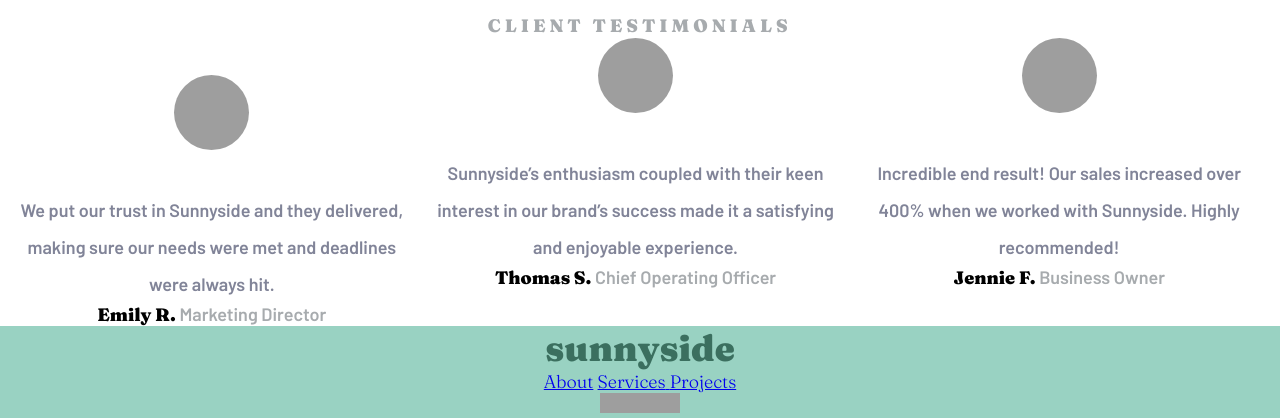
Repository: Roshanell/Sunny-Side-Agency
Page: index.html
These files come from the project's save history. The page is drawn as it stood at one moment and after a run of saves; the edit follows.
The browser window is 1280 px wide. The pictures show the part of the page from y = 2160 to 2706 px (the page is 2578 px tall before and 2706 px after).
Pictures or frames that could not be fetched are drawn as grey boxes. Some web libraries are served in a nearby version.

Above is the page before, as saved 2022-07-07 14:12:13.

### index.html
<!doctype html>
<html lang="en">

  <head>
    <meta charset="utf-8">
    <meta name="viewport" content="width=device-width, initial-scale=1">
    <title>Sunny Side Agency</title>
    <link href="https://fonts.googleapis.com/icon?family=Material+Icons" rel="stylesheet">
    <link rel="stylesheet" href="css/style.css">
    <link
      href="https://fonts.googleapis.com/css2?family=Barlow:wght@600&family=Fraunces:opsz,wght@9..144,300;9..144,700;9..144,900&display=swap"
      rel="stylesheet">
    <!-- <link rel="stylesheet" href="/css/normalize.css"> -->
    <script src="https://kit.fontawesome.com/48e7997292.js" crossorigin="anonymous"></script>
  </head>

  <body>
    <div class="container">
      <div class="homePage">
        <ul class="menu">
          <li><a class="menuItem" href="#">Home</a></li>
          <li><a class="menuItem" href="#">Profile</a></li>
          <li><a class="menuItem" href="#">About</a></li>
          <li><a class="menuItem" href="#">Contacts</a></li>
        </ul>
        <button class="hamburger">
          <i class="menuIcon material-icons">menu</i>
          <i class="closeIcon material-icons">close</i>
        </button>
        <div class="header">
          <h1>sunnyside</h1>
        </div>
        <div class="homeContent">
          <h2 class="homeSlogan">We are creatives</h2>
          <i class="fa-solid fa-arrow-down-long fa-4x"></i>

        </div>
      </div>

      <div class="eggArea">

      </div>

      <div class="aboutUsInfo" id="aboutUsInfo">
        <div class="infoContainer">
          <h3>
            Transform your brand
          </h3>
          <p>We are a full-service creative agenc grow fast. Engage your clients through
            compelling visuals that do most of the marketing for you. </p>
          <span><a href="#">Learn More</a></span>
        </div>
      </div>

      <div class="cupImage">
      </div>

      <div class="standOutInfo" id="standOutInfo">
        <div class="standOutContainer">
          <h3>Stand out to the right audience</h3>
          <p> Using a collaborative formula of designers, researchers,
            photographers,videographers, and copywriters, we’ll build and extend your brand in digital places. </p>

          <span class="learnMorePink"><a href="#">Learn More</a></span>
        </div>
      </div>
      <div class="graphicDesign">
        <div class="design-photography">
          <h3> Graphic Design</h3>
          <p class="pGraphics" id="pDesign">
            Great design makes you memorable. We deliver artwork that underscores your brand message and captures
            potential clients’ attention. </p>
        </div>
      </div>
      <div class="orangeImage">
        <div class="design-photography">
          <h3>Photography</h3>
          <p class="pGraphics"> Increase your credibility by getting the most stunning, high-quality photos that improve
            your business
            image. </p>
        </div>
      </div>
      <div class="testimonialOne">
        <h4>Client Testimonials</h4>
        <div class="user one"></div>
        <p class="review">We put our trust in Sunnyside and they delivered, making sure our needs were met and
          deadlines
          were always
          hit.</p>
        <span class="name">Emily R.</span>
        <span class="occupation">Marketing Director</span>
      </div>
      <div class="testimonialTwo">
        <div class="user two"></div>
        <p class="review">Sunnyside’s enthusiasm coupled with their keen interest in our brand’s success made it a
          satisfying and
          enjoyable experience.</p>
        <span class="name">Thomas S.</span>
        <span span class="occupation">Chief Operating Officer</span>
      </div>
      <div class="testimonialThree">
        <div class="user three"></div>
        <p class="review">Incredible end result! Our sales increased over 400% when we worked with Sunnyside. Highly
          recommended!</p>
        <span class="name">Jennie F.</span>
        <span span class="occupation">Business Owner</span>
      </div>
      <div class="fourImgs" id="fourImgs">
        <div class="imgOne">
        </div>
        <div class="imgTwo">
        </div>
        <div class="imgThree">
        </div>
        <div class="imgFour">
        </div>
      </div>

      <div class="footer">
        <h1>sunnyside</h1>
        <div class="moreInformation">
          <a href="index.html#aboutUsInfo"><span> About</span></a>
          <a href="index.html#standOutInfo"><span>Services</span> </a>
          <a href="index.html#fourImgs"><span>Projects</span></a>
        </div>
        <div class="socialMediaHandles">
          <div>
            <img src="https://i.imgur.com/uHHCF8A.png" alt="Facebook Icon" height="20px" width="20px">
          </div>
          <div>
            <img src="https://i.imgur.com/Fvw0N1c.png" alt="Instagram Icon" height="20px" width="20px">
          </div>
          <div>
            <img src="https://i.imgur.com/k39Bgoc.png" alt="Twitter Icon" height="20px" width="20px">
          </div>
          <div>
            <img src="https://i.imgur.com/JN1Rhal.png" alt="Pinterest Icon" height="20px" width="20px">
          </div>
        </div>
      </div>
    </div>

    <script src="main.js"></script>

  </body>

</html>

### css/style.css
/* Box Model Hack */
* {
  -moz-box-sizing: border-box;
}

/* Clear fix hack */
.clearfix:after {
  content: ".";
  display: block;
  clear: both;
  visibility: hidden;
  line-height: 0;
  height: 0;
}

.clear {
  clear: both;
}

/******************************************
/* BASE STYLES
/*******************************************/

body {
  font-size: 18px;
  font-family: "Barlow", sans-serif;
  text-align: center;
  margin: 0;
}
p {
  color: hsl(232, 10%, 55%);
  display: flex;
  justify-content: center;
  align-items: center;
  margin: 0 2%;
  line-height: 37px;
}

h1,
h2,
h3,
h4,
h5,
h6 {
  font-family: "Fraunces", serif;
  font-weight: 700;
}

h3 {
  margin-top: 10%;
  margin-bottom: 10%;
  font-size: 40px;
}

span a {
  color: black;
  text-decoration: underline yellow;
  text-decoration-thickness: 5px;
}

.learnMorePink a {
  text-decoration: underline hsl(7, 99%, 70%);
  text-decoration-thickness: 5px;
}
.learnMorePink {
  margin-top: 5%;
}
/* hamburger */

* {
  margin: 0;
  padding: 0;
  box-sizing: border-box;
}

.menuItem {
  display: block;
  margin: 2rem 4rem;
  font-size: 1.8rem;
  color: black;
  text-decoration: none;
  font-family: "Barlow", sans-serif;
  animation: fadeInUp 0.5s ease-in-out forwards;
}

.menuItem:hover {
  text-decoration: underline;
}

.hamburger {
  position: fixed;
  z-index: 100;
  top: 1rem;
  right: 1rem;
  padding: 4px;
  border: none;
  background: transparent;
  cursor: pointer;
  color: white;
}

.closeIcon {
  display: none;
}

.menu {
  position: fixed;
  transform: translateY(-100%);
  transition: transform 0.2s;
  top: 0;
  left: 0;
  right: 0;
  bottom: 40%;
  z-index: 99;
  width: 89%;
  margin-left: 5%;
  margin-top: 0%;
  background: white;
  color: black;
  list-style: none;
  padding-top: 4rem;
}

.showMenu {
  transform: translateY(0);
}

/* homepage */

.homePage {
  background-image: url("https://i.imgur.com/5owK20G.jpg");
  background-size: cover;
  height: 100vh;
  background-repeat: no-repeat;
}

.homeSlogan {
  color: white;
  font-size: 40px;
  text-transform: uppercase;
  letter-spacing: 5px;
}

.fa-solid {
  color: white;
}

.fa-arrow-down-long {
  margin-top: 10%;
}
/* About Us */
.aboutUsInfo {
  background-color: white;
}
.aboutUsInfo h3 {
  font-size: 40px;
}
/* testimonials */
/* user profile images */
.user {
  display: inline-block;
  width: 75px;
  height: 75px;
  border-radius: 50%;
  margin: 9%;
  background-repeat: no-repeat;
  background-position: center center;
  background-size: cover;
}

.one {
  background-image: url("https://i.imgur.com/0PxR98W.jpg");
}

.two {
  background-image: url("https://i.imgur.com/01xgLPA.jpg");
}

.three {
  background-image: url("https://i.imgur.com/YJGOYO1.jpg");
}

.testimonialOne h4 {
  text-transform: uppercase;
  color: hsl(210, 4%, 67%);
  letter-spacing: 4px;
  /* font-size: 100%; */
  margin-top: 10%;
  font-weight: 900;
}

.occupation {
  color: hsl(210, 4%, 67%);
  margin-bottom: 5%;
  margin-top: 5%;
}

.name {
  font-family: "Fraunces", serif;
  margin-top: 5%;
  font-weight: 900;
}

/* background Images */
.pGraphics {
  margin-bottom: 20%;
}

/* main information */
.cupImage {
  /* border: solid 1px pink; */
  /* height: 40vh; */
  grid-area: cupImage;
  background-image: url("https://i.imgur.com/TEIjlB8.jpg");
  background-size: cover;
  background-position: center;
}

.eggArea {
  /* border: solid 1px purple; */
  grid-area: eggArea;
  background-image: url("https://i.imgur.com/Ic0Kukn.jpg");
  /* height: 40vh; */
  background-size: cover;
  background-position: center;
}

/******************************************
/* LAYOUT
/*******************************************/

/******************************************
/* ADDITIONAL STYLES
/*******************************************/

@media all and (min-width: 1024px) and (max-width: 1480px) {
  .homePage,
  .homeContent {
    /* border: 1px solid black; */
  }

  .header h1 {
    color: white;
  }
  h3 {
    margin-bottom: 3%;
    font-size: 40px;
  }

  /* .menuItem{
    display: inline;
  } */
  .eggArea {
    /* border: 1px solid red; */
    background-image: url("https://i.imgur.com/ylwqnFI.jpg");
    height: 60vh;
    width: 50%;
    float: right;
  }
  .aboutUsInfo {
    /* border: 1px solid red; */
    height: 60vh;
    width: 49vw;
    float: left;
  }

  .infoContainer {
    margin: auto;
    width: 60%;

    text-align: justify;
  }

  .infoContainer h3 {
    text-align: left;
    width: 82%;
  }

  .cupImage {
    float: left;
    height: 60vh;
    width: 50%;
    background-image: url("https://i.imgur.com/9A6seJs.jpg");
    /* border: 1px solid red; */
  }
  .standOutInfo {
    float: right;
    height: 60vh;
    width: 47vw;
    /* border: 1px solid red; */
  }

  .standOutContainer {
    width: 70%;
    margin: auto;
    text-align: left;
  }
  .graphicDesign {
    background-image: url("https://i.imgur.com/ypGUgU9.jpg");
    float: left;
    height: 80vh;
    width: 50%;
    /* border: 1px solid green; */
    background-size: cover;
    color: hsl(167, 40%, 24%);
  }

  .orangeImage {
    float: right;
    background-image: url("https://i.imgur.com/RiEjNfa.jpg");
    height: 80vh;
    width: 50%;
    /* border: 1px solid blue; */
    background-size: cover;
  }
  .design-photography {
    margin: 20%;
    margin-top: 45%;
  }
  .reviewGroup {
    display: flex;
  }
  .testimonialOne {
    float: left;
    height: fit-content;
    width: 33.1%;
    margin-top: 10%;
    /* border: 1px solid pink; */
  }

  .testimonialOne h4 {
    margin-top: -27%;
    margin-left: 101%;
    text-align: center;
    width: 100%;
  }

  .testimonialTwo {
    float: left;
    height: fit-content;
    width: 33.1%;
    /* margin: auto; */
    /* margin-top: 10%; */
    /* border: 1px solid pink; */
  }

  .testimonialThree {
    float: left;
    height: fit-content;
    width: 33.1%;
    /* margin-top: 10%; */
    /* border: 1px solid pink; */
  }

  .footer {
    float: left;
    width: 100%;
    font-family: "Fraunces", serif;
    background: #99d2c2;
    color: hsl(168, 34%, 41%);
    /* border: 1px solid pink; */
  }
  .footer h1 {
    color: #3b6f5f;
    font-weight: 900;
    font-family: "Fraunces", serif;
  }
  .moreInformation span a {
    display: flex;
    text-decoration: none;
  }

  .socialMediaHandles {
    display: flex;
    justify-content: center;
  }
  .pGraphics {
    color: hsl(167, 40%, 24%);
    font-weight: 700;
    font-size: 18px;
  }
  .orangeImage p,
  .orangeImage h3 {
    color: hsl(198, 62%, 26%);
  }
}

/* mobile view */

@media all and (min-width: 375px) and (max-width: 1023px) {
  .container {
    /* border: solid 1px blue; */
    display: grid;
    grid-template-columns: 1fr;
    grid-template-rows: 1.5fr 1fr 1fr 1fr 1fr 1.5fr 1.4fr 1fr 1fr 1fr 1fr;
    gap: 0px 0px;
    grid-auto-flow: column dense;
    grid-template-areas:
      "homePage"
      "eggArea"
      "aboutUsInfo"
      "cupImage"
      "standOutInfo"
      "graphicDesign"
      "orangeImage"
      "testimonialOne"
      "testimonialTwo"
      "testimonialThree"
      "fourImgs"
      "footer";
  }

  .homePage {
    background-image: url("https://i.imgur.com/HUEIjty.jpg");
    background-size: cover;
    /* height: 100vh; */
    background-repeat: no-repeat;
  }

  .homeSlogan {
    color: white;
    font-size: 40px;
    text-transform: uppercase;
    letter-spacing: 5px;
  }

  .fa-solid {
    color: white;
  }

  .fa-arrow-down-long {
    margin-top: 10%;
  }
  /* About Us */
  .aboutUsInfo {
    background-color: white;
  }
  .aboutUsInfo h3 {
    font-size: 40px;
  }
  /* testimonials */
  /* user profile images */
  .user {
    display: inline-block;
    width: 75px;
    height: 75px;
    border-radius: 50%;
    margin: 9%;
    background-repeat: no-repeat;
    background-position: center center;
    background-size: cover;
  }

  .one {
    background-image: url("https://i.imgur.com/0PxR98W.jpg");
  }

  .two {
    background-image: url("https://i.imgur.com/01xgLPA.jpg");
  }

  .three {
    background-image: url("https://i.imgur.com/YJGOYO1.jpg");
  }

  .testimonialOne h4 {
    text-transform: uppercase;
    color: hsl(210, 4%, 67%);
    letter-spacing: 4px;
    /* font-size: 100%; */
    margin-top: 10%;
    font-weight: 900;
  }

  .occupation {
    color: hsl(210, 4%, 67%);
    margin-bottom: 5%;
    margin-top: 5%;
  }

  .name {
    font-family: "Fraunces", serif;
    margin-top: 5%;
    font-weight: 900;
  }

  /* background Images */
  .pGraphics {
    margin-bottom: 20%;
  }

  /******************************************
  /* LAYOUT
  /*******************************************/
  .container {
    /* border: solid 1px blue; */
    display: grid;
    grid-template-columns: 1fr;
    grid-template-rows: 1.5fr 1fr 1fr 1fr 1fr 1.5fr 1.4fr 1fr 1fr 1fr 1fr;
    gap: 0px 0px;
    grid-auto-flow: column dense;
    grid-template-areas:
      "homePage"
      "eggArea"
      "aboutUsInfo"
      "cupImage"
      "standOutInfo"
      "graphicDesign"
      "orangeImage"
      "testimonialOne"
      "testimonialTwo"
      "testimonialThree"
      "fourImgs"
      "footer";
  }

  .homePage {
    /* border: solid 1px red; */
  }

  .header {
    display: flex;
    /* border: solid 1px orange; */
    grid-area: header;
    color: white;
    margin-left: 5%;
    margin-top: 2%;
  }

  .homeContent {
    /* border: solid 1px yellow; */
    grid-area: homeContent;
    margin-top: 15%;
  }

  .eggArea {
    /* border: solid 1px purple; */
    grid-area: eggArea;
    background-image: url("https://i.imgur.com/Ic0Kukn.jpg");
    /* height: 40vh; */
    background-size: cover;
    background-position: center;
  }

  .aboutUsInfo {
    /* border: solid 1px green; */
    /* height: 40vh; */
    grid-area: aboutUsInfo;
  }

  .cupImage {
    /* border: solid 1px pink; */
    /* height: 40vh; */
    grid-area: cupImage;
    background-image: url("https://i.imgur.com/TEIjlB8.jpg");
    background-size: cover;
    background-position: center;
  }

  .standOutInfo {
    /* border: solid 1px black; */
    grid-area: standOutInfo;
    display: flex;
    flex-direction: column;
    font-weight: 900;
    /* height: 40vh; */
  }

  .graphicDesign {
    /* border: solid 1px brown; */
    grid-area: graphicDesign;
    background-image: url("https://i.imgur.com/ceaL6cl.jpg");
    background-size: cover;
    display: flex;
    flex-direction: column;
    flex-wrap: nowrap;
    align-content: center;
    justify-content: flex-end;
    align-items: center;
    /* height: 40vh; */
  }

  .graphicDesign h3 {
    color: hsl(167, 40%, 24%);
    font-weight: 900;
  }
  #pDesign {
    color: hsl(167, 40%, 24%);
    font-weight: 700;
    font-size: 18px;
  }
  .orangeImage {
    /* border: solid 1px gray; */
    grid-area: orangeImage;
    background-image: url("https://i.imgur.com/5lTcoMD.jpg");
    background-size: cover;
    display: flex;
    flex-direction: column;
    flex-wrap: nowrap;
    align-content: center;
    justify-content: flex-end;
    align-items: center;
  }
  /* height: 40vh; */

  .orangeImage h3 {
    color: hsl(198, 62%, 26%);
  }
  .orangeImage p {
    color: hsl(198, 62%, 26%);
  }

  /* testimonials */

  .testimonialOne {
    /* border: solid 1px fuchsia; */
    grid-area: testimonialOne;
    /* height: 33vh; */
    display: flex;
    flex-direction: column;
    justify-content: center;
    align-items: center;
  }

  .testimonialThree {
    /* border: solid 1px lightblue; */
    grid-area: testimonialThree;
    display: flex;
    flex-direction: column;
    justify-content: center;
    align-items: center;
    /* height: 33vh; */
  }

  .testimonialTwo {
    /* border: solid 1px silver; */
    display: flex;
    flex-direction: column;
    justify-content: center;
    align-items: center;
    grid-area: testimonialTwo;

    /* height: 33vh; */
  }

  .fourImgs {
    /* border: solid 1px maroon; */
    display: grid;
    grid-template-columns: 1fr 1fr;
    grid-template-rows: 1fr 1fr;
    gap: 0px 0px;
    grid-template-areas:
      "imgOne imgThree"
      "imgTwo imgFour";
    grid-area: fourImgs;
    /* height: 40vh; */
  }

  .imgOne {
    /* border: solid 1px yellowgreen; */
    background-image: url("https://i.imgur.com/g7g3pHI.jpg");
    background-size: cover;
  }
  .imgTwo {
    /* border: solid 1px rgb(228, 122, 199); */
    background-image: url("https://i.imgur.com/xXvVali.jpg");
    background-size: cover;
  }
  .imgThree {
    /* border: solid 1px rgb(158, 207, 232); */
    background-image: url("https://i.imgur.com/w22eeJU.jpg");
    background-size: cover;
  }
  .imgFour {
    /* border: solid 1px rgb(205, 122, 50); */
    background-image: url("https://i.imgur.com/hMYShPr.jpg");
    background-size: cover;
  }

  .review {
    font-size: 20px;
  }
  /* Fix the footer */
  .footer {
    background: #99d2c2;
    color: hsl(168, 34%, 41%);
  }
  .footer h1 {
    color: #3b6f5f;
    font-weight: 900;
    font-family: "Fraunces", serif;
  }

  .moreInformation {
    display: flex;
    flex-direction: row;
    justify-content: space-evenly;
    margin: 10%;
  }

  .socialMediaHandles {
    width: 65%;
    display: flex;
    justify-content: space-around;
    margin: 20%;
  }

  .footer h1 {
    margin-top: 10%;
  }

  .moreInformation a {
    color: #3b6f5f;
    text-decoration: none;
  }
}

### main.js
const menu = document.querySelector(".menu");
const menuItems = document.querySelectorAll(".menuItem");
const hamburger = document.querySelector(".hamburger");
const closeIcon = document.querySelector(".closeIcon");
const menuIcon = document.querySelector(".menuIcon");

function toggleMenu() {
  if (menu.classList.contains("showMenu")) {
    menu.classList.remove("showMenu");
    closeIcon.style.display = "none";
    menuIcon.style.display = "block";
  } else {
    menu.classList.add("showMenu");
    closeIcon.style.display = "block";
    menuIcon.style.display = "none";
  }
}

hamburger.addEventListener("click", toggleMenu);

menuItems.forEach(function (menuItem) {
  menuItem.addEventListener("click", toggleMenu);
});

After the next 2 saves:
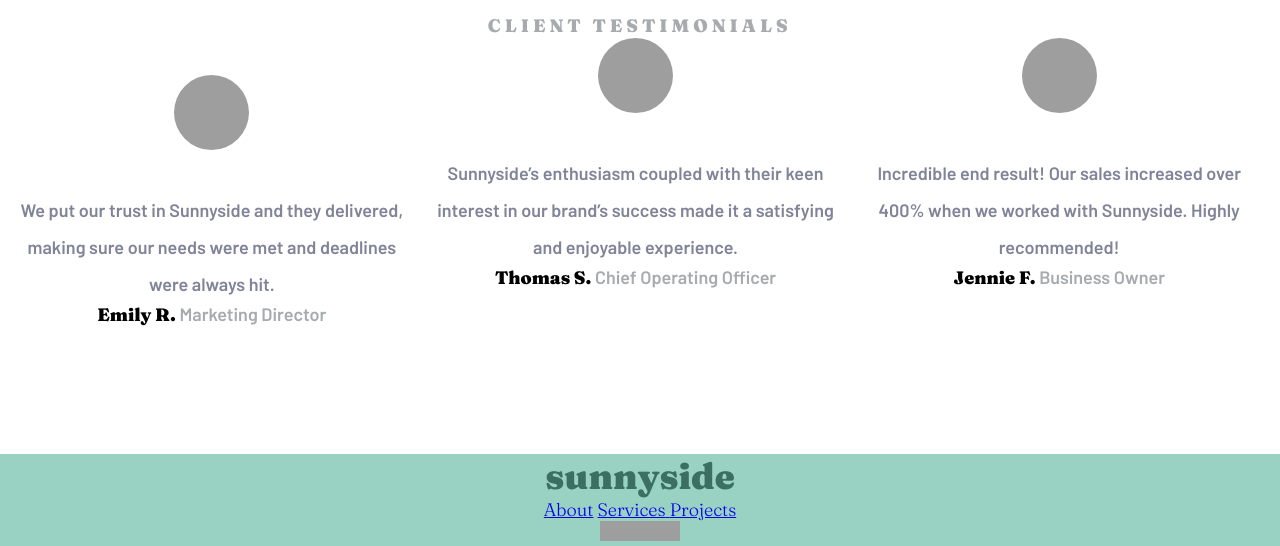
The 2 saves are shown as one change because they came seconds apart.
The last was saved 22 s later.
--- a/css/style.css
+++ b/css/style.css
@@ -325,6 +325,7 @@ span a {
     height: fit-content;
     width: 33.1%;
     margin-top: 10%;
+    margin-bottom: 10%;
     /* border: 1px solid pink; */
   }
 
